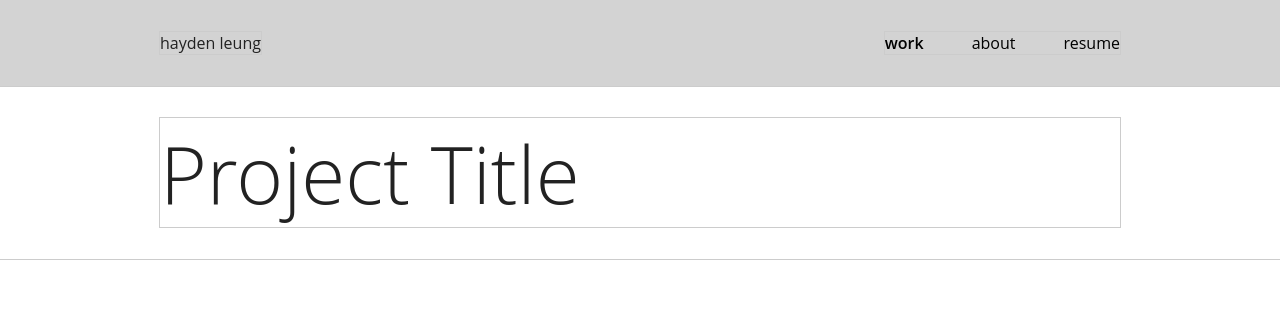
Repository: Haydenleung/Artifact
Page: /
An editor plug-in stored every save of this project. The page is shown before and after a run of saves, followed by the edit.
The browser window is 1280 px wide. The pictures show the whole page.
The project was rebuilt for these pictures with package versions that can differ from the ones it lists, and the page was loaded fresh each time. The framework's server and built-in components were replaced by stand-ins that run in the browser. Also part of the build but not shown: next.config.mjs.

Above is the page before, as saved 2024-01-28 22:40:31.

### src/pages/index.tsx
import Image from "next/image";
import Navbar from "@/components/Navbar";
import CaseStudy from "@/components/CaseStudy";

export default function Home() {
  return (
    <main className={"page"}>
      <Navbar />
      <div className={"caseStudy"}>
        <CaseStudy />
      </div>
    </main>
  )
}

### src/styles/globals.css
/* ==========================================================================
    [Table of contents]

    1. BASE
        1.1 Page Rendering Defaults
        1.2 Core Styling
        1.3 Typography
    2. LAYOUT
        2.1 Core Layout
        2.2 Small only
        2.3 medium and up
        2.4 Medium only
        2.5 large screens and up
    3. UTILITY classes
    4. PRINT

    ========================================================================== */

/* ==========================================================================
   BASE
   ========================================================================== */

/* 1.1 Page Rendering Defaults */

html {
  color: #222;
  font-size: 1em;
}

::-moz-selection {
  background: #b3d4fc;
  text-shadow: none;
}

::selection {
  background: #b3d4fc;
  text-shadow: none;
}

audio,
canvas,
iframe,
i,
img,
svg,
video {
  vertical-align: middle;
}

fieldset {
  border: 0;
  margin: 0;
  padding: 0;
}

textarea {
  resize: vertical;
}

/* 1.2 Core Styling */

/* refer to https://css-tricks.com/box-sizing/ */

*,
*:before,
*:after {
  box-sizing: border-box;
}

img {
  width: 100%;
}

/* 1.3 Typgraphy */

@import url('https://fonts.googleapis.com/css2?family=Open+Sans:ital,wght@0,300;0,400;0,500;0,600;0,700;0,800;1,300;1,400;1,500;1,600;1,700;1,800&display=swap');

h1,
h2,
h3,
h4,
h5,
h6 {
  font-weight: 400;
  /* text-align: center; */
  margin: 0;
}

h1 {
  font-size: 60pt;
  font-weight: 200;
}

h2 {
  font-size: 16pt;
}

h4 {
  font-size: 9pt;
}

h5 {
  font-size: 8pt;
}

* {
  font-family: 'Open Sans', sans-serif;
}


/* ==========================================================================
 2. LAYOUT
 ========================================================================== */

/* Helper to display empty layout containers*/

div,
main,
section,
footer,
header {
  outline: 1px solid #ccc;
}

body {
  padding: 0;
  margin: 0;
}

/* 2.1 Core layout */

.row {
  display: grid;
  row-gap: 1rem;
}

.col {
  position: relative;
}

.page {
  display: flex;
  flex-direction: column;
  justify-content: center;
  align-items: center;
}

.caseStudy {
  width: 100%;
  padding: 2rem 10rem;
}

/* Navbar */

/* 2.2 Small only */

@media screen and (max-width: 39.9375em) {}

/* 2.3 medium and up */

@media screen and (min-width: 40em) {}

/* 2.4 Medium only */

@media screen and (min-width: 40em) and (max-width: 63.9375em) {}

/* 2.5 large screens and up 2.6 Large only */

/* @media screen and (min-width: 64em) {

} */

### src/components/Navbar/index.tsx
import styles from './navbar.module.css'
import Image from 'next/image'
import Link from 'next/link'
import { useState } from 'react'

export default function Navbar() {

    const [isPage, setIsPage] = useState("Work");

    return (
        <div className={styles.container}>
            <div className={styles.logo}>hayden leung</div>
            <div className={styles.pages}>
                <Link href="/" className={isPage === "Work" ? styles.bold : styles.normal}>work</Link>
                <Link href="/" className={isPage === "about" ? styles.bold : styles.normal}>about</Link>
                <Link href="/" className={isPage === "resume" ? styles.bold : styles.normal}>resume</Link>
            </div>
        </div>
    )
}

### src/components/CaseStudy/index.tsx
export default function CaseStudy() {
    return (
        <div>
            <h1>Project Title</h1>
        </div>
    )
}

### src/components/Navbar/navbar.module.css
.container {
    background-color: lightgrey;
    padding: 0.5rem;
    width: 100%;
    padding: 2rem 10rem;
    display: flex;
    flex-direction: row;
    justify-content: space-between;
    position: sticky;
    min-height: 44px;
}

.logo {}

.pages {
    display: flex;
    flex-direction: row;
    gap: 3rem;
}

.bold {
    font-weight: 600;
    color: black;
    text-decoration: none;
}

.normal {
    color: black;
    text-decoration: none;
}

Loaded but not shown: src/pages/_app.tsx (common file); src/pages/_document.tsx (common file); src/pages/api/hello.ts (common file)

After the next 2 saves:
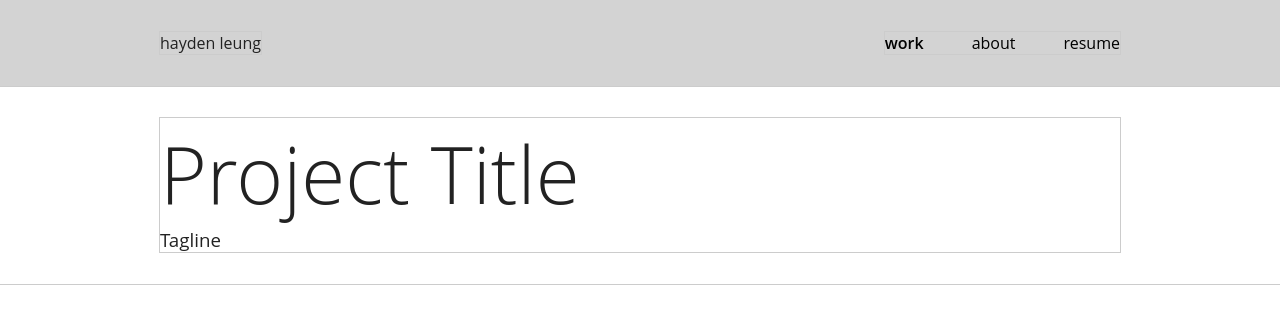
The 2 saves are shown as one change because they came seconds apart.
The last was saved 19 s later.
--- a/src/components/CaseStudy/index.tsx
+++ b/src/components/CaseStudy/index.tsx
@@ -2,6 +2,7 @@ export default function CaseStudy() {
     return (
         <div>
             <h1>Project Title</h1>
+            <h3>Tagline</h3>
         </div>
     )
 }
